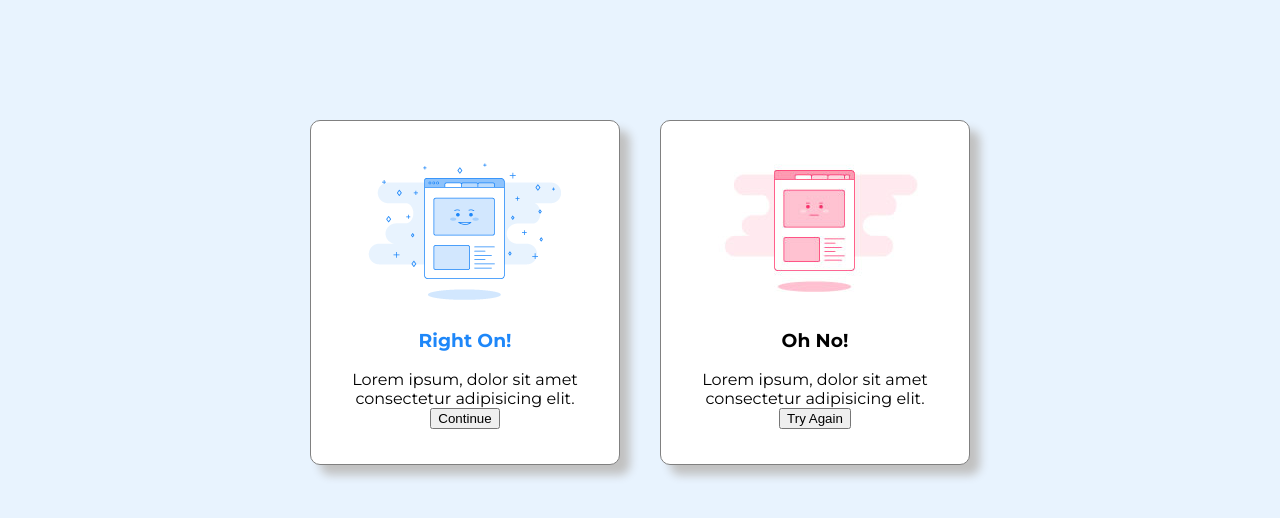
Repository: giahuy405/flash_message_BEM
Page: index.html
These files come from the project's save history. The page is drawn as it stood at one moment and after the next save; the edit follows.
The browser window is 1280 px wide. The pictures show the whole page.

Above is the page before, as saved 2022-09-06 02:36:32.

After the next save:
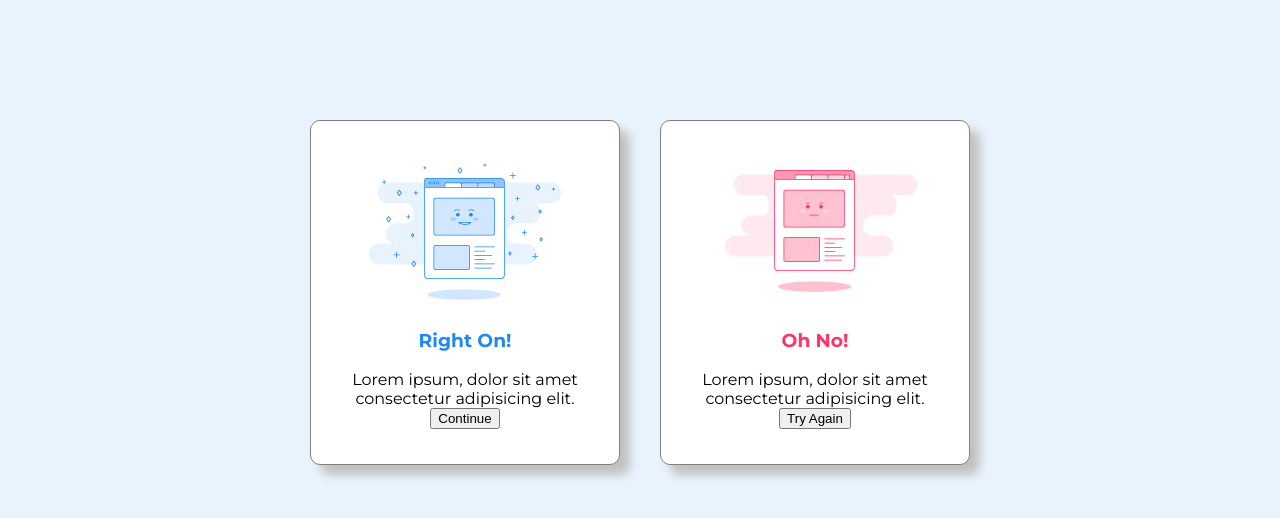
Saved 39 s later.
--- a/css/index.css
+++ b/css/index.css
@@ -31,5 +31,7 @@ body{
 }
 .flash-message__title--blue{
     color: #1e87f9;
-
 }
+.flash-message__title--pink{
+    color: #ff3366;
+}
